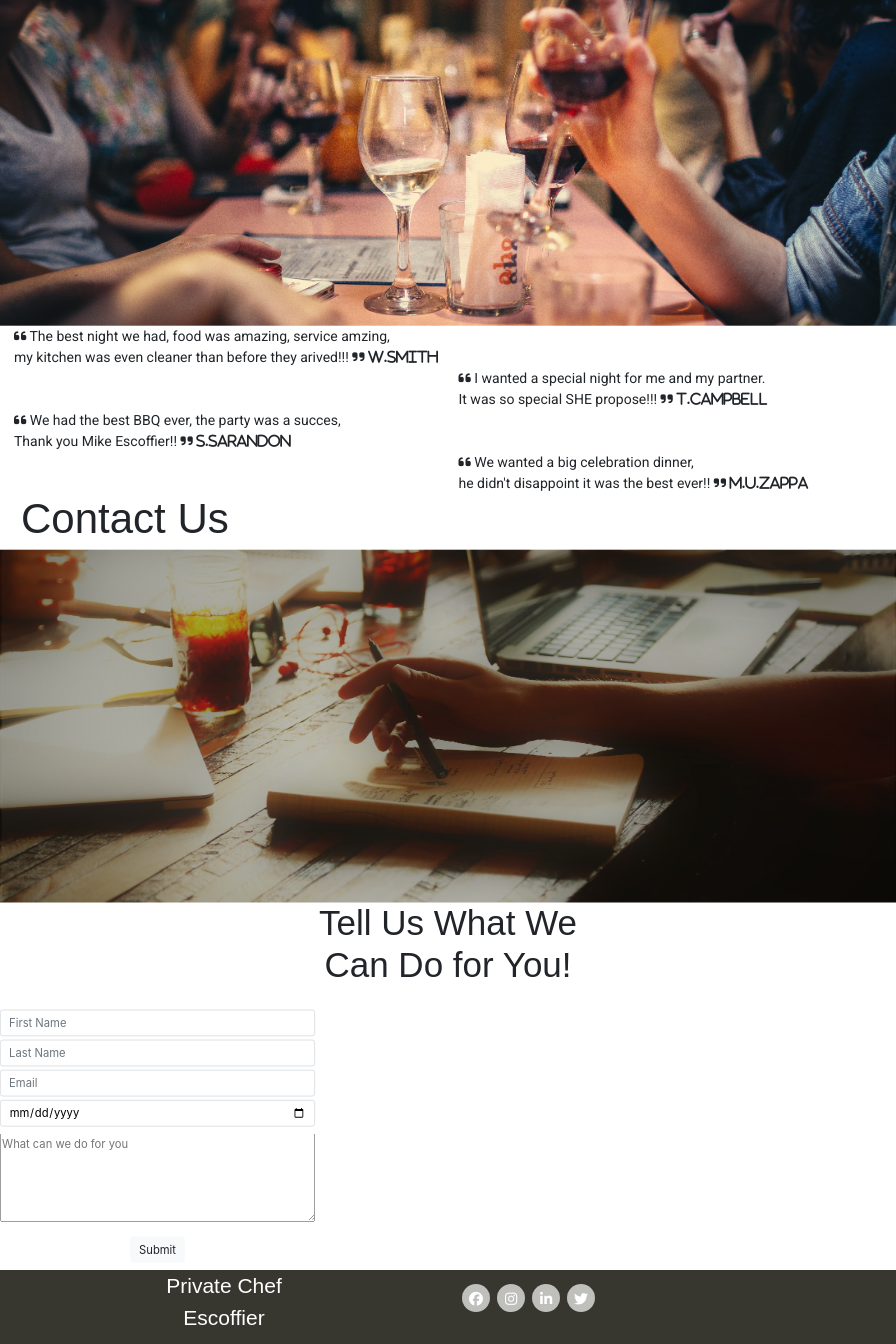
Repository: Mrsebastino/First-Milestone
Page: index.html
The author's editor kept a record of every edit. The page is drawn from the files as they stood at one moment, then again after the next edit.
The browser window is 1280 px wide. The pictures show the part of the page from y = 2046 to 3966 px (the page is 3966 px tall), at 70% of full size.
Backgrounds fixed to the window are drawn as part of the page. Some web fonts or font styles are not loaded; a fallback is used. Some web libraries are served in a nearby version.

Above is the page before.

After the next edit:
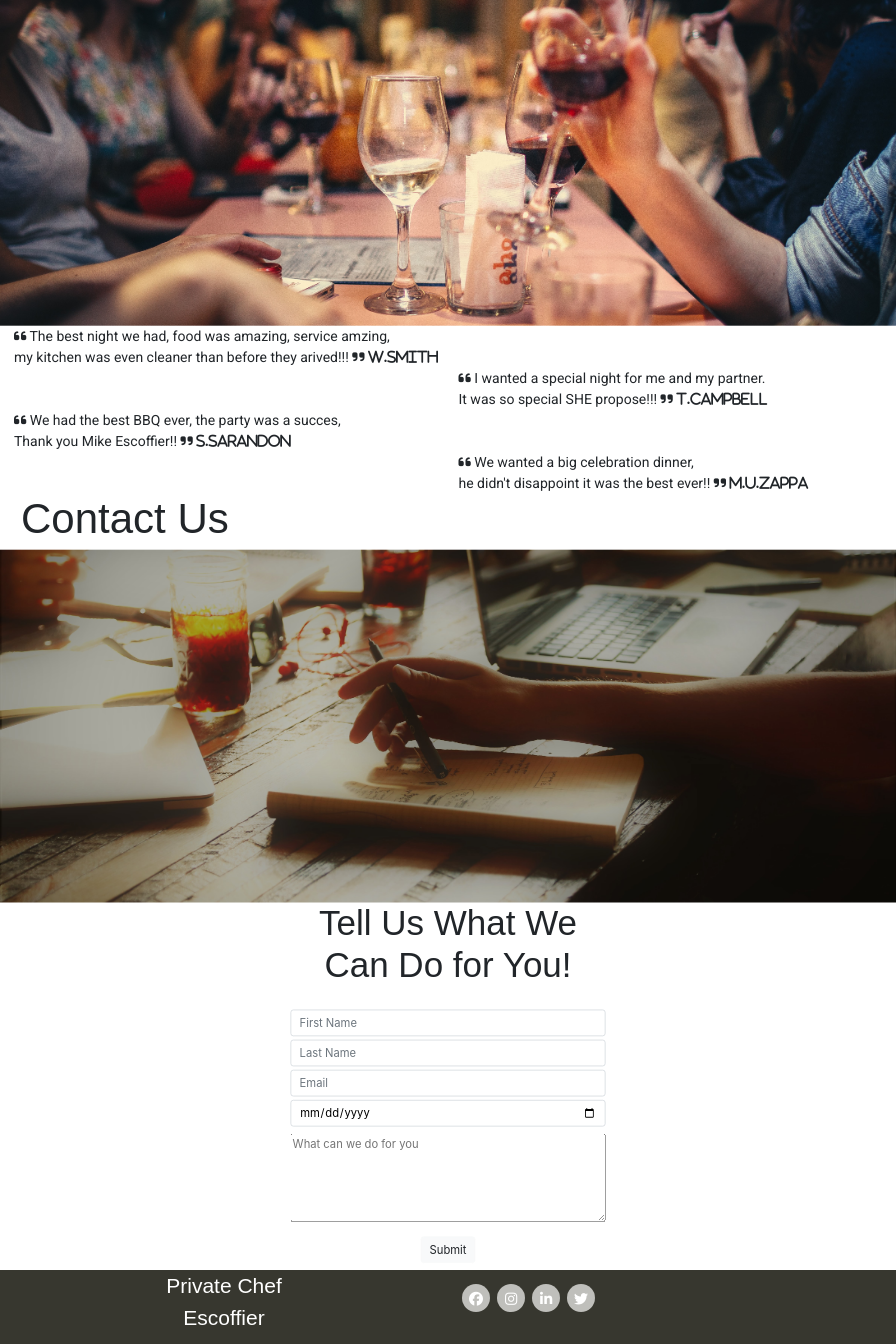
The edit:
--- a/index.html
+++ b/index.html
@@ -126,10 +126,9 @@
             <h1>Contact Us</h1>
         </div>
         <div class="img-fluid contact-bg"></div>
-            <div class="container-fluid contact-form-section text-center">
-                <div class="row">
-                    <h2 class="col-sm-12 header">Tell Us What We<br>Can Do for You!</h2>
-                </div>
+        <div class="container-fluid contact-form-section text-center">
+            <div class="row">
+                <h2 class="col-sm-12 header">Tell Us What We<br>Can Do for You!</h2>
             </div>
             <div id="contact-form">
                 <form action="https://mike.escoffier.com" method="post">
